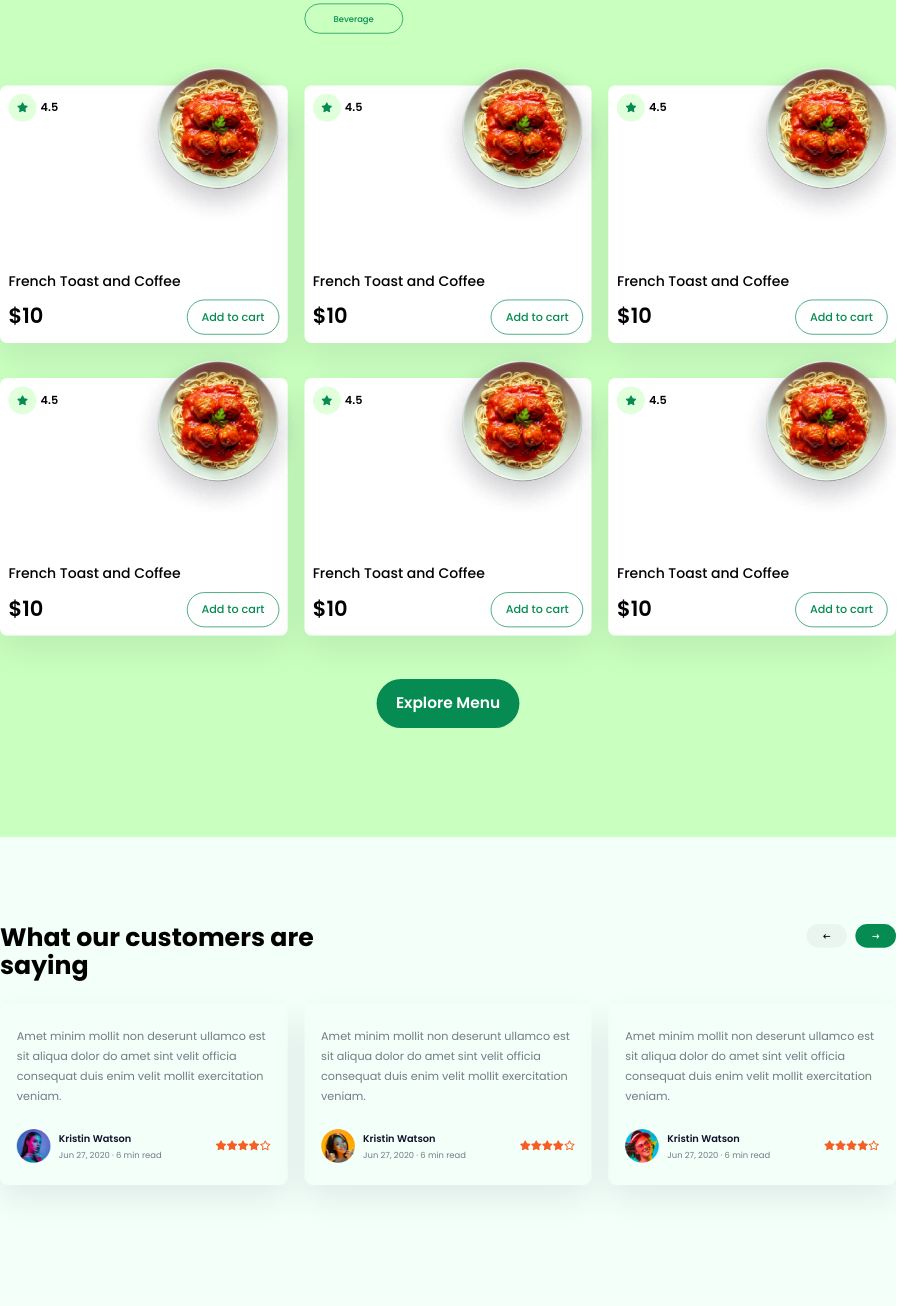
Repository: nguyennam1029/balbal
Page: index.html
These files come from the project's save history. The page is drawn as it stood at one moment and after the next save; the edit follows.
The browser window is 1280 px wide. The page is 1280 px wide, then 1292 px, so the pictures cover 1292 px, including what lies to the right of the window. The pictures show the part of the page from y = 1280 to 3160 px (the page is 3145 px tall before and 3160 px after), at 70% of full size.
Some web libraries are served in a nearby version.

Above is the page before, as saved 2022-07-06 19:05:42.

### index.html
<!DOCTYPE html>
<html lang="en">
  <head>
    <meta charset="UTF-8" />
    <meta http-equiv="X-UA-Compatible" content="IE=edge" />
    <meta name="viewport" content="width=device-width, initial-scale=1.0" />
    <title>Chow</title>
    <link
      rel="stylesheet"
      href="https://cdnjs.cloudflare.com/ajax/libs/font-awesome/6.1.1/css/all.min.css"
      integrity="sha512-KfkfwYDsLkIlwQp6LFnl8zNdLGxu9YAA1QvwINks4PhcElQSvqcyVLLD9aMhXd13uQjoXtEKNosOWaZqXgel0g=="
      crossorigin="anonymous"
      referrerpolicy="no-referrer"
    />
    <link rel="stylesheet" href="css/grid.css" />
    <link rel="stylesheet" href="css/style.css" />
  </head>
  <body>
    <div class="app">
      <div class="grid wide">
        <div class="menu">
          <a href="#" class="menu-left">Chow</a>
          <ul class="menu-center">
            <li class="menu-center-item">
              <a href="#" class="menu-center--link active">Home</a>
            </li>
            <li class="menu-center-item">
              <a href="#" class="menu-center--link">Menu</a>
            </li>
            <li class="menu-center-item">
              <a href="#" class="menu-center--link">About</a>
            </li>
            <li class="menu-center-item">
              <a href="#" class="menu-center--link">Resturants</a>
            </li>
            <li class="menu-center-item">
              <a href="#" class="menu-center--link">Contact</a>
            </li>
          </ul>
          <ul class="menu-right">
            <li class="menu-right-item">
              <a href="#" class="menu-right--link">
                <i class="fa-solid fa-circle-user"></i>
              </a>
            </li>
            <li class="menu-right-item">
              <a href="#" class="menu-right--link active">
                <i class="fa-solid fa-bag-shopping"></i>
                <span class="menu-right--circle"></span>
              </a>
            </li>
          </ul>
        </div>
        <div class="banner">
          <div class="row">
            <div class="col l-6 m-12 c-12">
              <div class="banner-info">
                <h1 class="banner-title">Tasty Meals made for You</h1>
                <span class="banner-des"
                  >Amet minim mollit non deserunt ullamco est sit aliqua dolor
                  do amet sint. Velit officia consequat duis enim velit mollit.
                  Exercitation veniam consequat sunt nostrud amet.</span
                >
                <a href="#" class="banner-btn"> View Menu 🍲 </a>
              </div>
            </div>
            <div class="col l-6 m-12 c-12">
              <div class="banner-img">
                <img src="images/banner1.png" alt="" />
              </div>
            </div>
          </div>
        </div>
        <div class="statistical">
          <div class="row">
            <div class="col l-3 m-6 c-12">
              <div class="statistical-item">
                <h3 class="statistical-item--title">100%</h3>
                <span class="statistical-item--des">User satisfaction</span>
              </div>
            </div>
            <div class="col l-3 m-6 c-12">
              <div class="statistical-item">
                <h3 class="statistical-item--title">150+</h3>
                <span class="statistical-item--des">Resturants</span>
              </div>
            </div>
            <div class="col l-3 m-6 c-12">
              <div class="statistical-item">
                <h3 class="statistical-item--title">24/7</h3>
                <span class="statistical-item--des">Customer support</span>
              </div>
            </div>
            <div class="col l-3 m-6 c-12">
              <div class="statistical-item">
                <h3 class="statistical-item--title">250K</h3>
                <span class="statistical-item--des">Users served</span>
              </div>
            </div>
          </div>
        </div>
      </div>
      <div class="product">
        <div class="grid wide">
          <div class="product-top">
            <div class="row">
              <div class="col l-4 m-12 c-12">
                <h3 class="product-heading">Simple Meals for You</h3>
              </div>
              <!-- <div class="col l-8 m-12 c-12"> -->
              <ul class="tab-list col l-8 m-12 c-12">
                <li class="tab-item active l-2 m-3 c-4">All</li>
                <li class="tab-item l-2 m-3 c-4">Breakfast</li>
                <li class="tab-item l-2 m-3 c-4">Lunch</li>
                <li class="tab-item l-2 m-3 c-4">Dinner</li>
                <li class="tab-item l-2 m-3 c-4">Desert</li>
                <li class="tab-item l-2 m-3 c-4">Beverage</li>
              </ul>
              <!-- </div> -->
            </div>
          </div>
          <div class="product-list">
            <div class="row">
              <div class="col l-4 m-6 c-12">
                <div class="product-item">
                  <img
                    class="product-item--img"
                    src="images/product1.png"
                    alt=""
                  />
                  <div class="product-item--rating">
                    <i class="fa-solid fa-star"></i>
                    <span>4.5</span>
                  </div>
                  <div class="product-item--content">
                    <h4 class="product-item--name">French Toast and Coffee</h4>
                    <div class="product-item--footer">
                      <span class="product-item--price">$10</span>
                      <a href="#" class="product-item--btn">Add to cart</a>
                    </div>
                  </div>
                </div>
              </div>

              <div class="col l-4 m-6 c-12">
                <div class="product-item">
                  <img
                    class="product-item--img"
                    src="images/product1.png"
                    alt=""
                  />
                  <div class="product-item--rating">
                    <i class="fa-solid fa-star"></i>
                    <span>4.5</span>
                  </div>
                  <div class="product-item--content">
                    <h4 class="product-item--name">French Toast and Coffee</h4>
                    <div class="product-item--footer">
                      <span class="product-item--price">$10</span>
                      <a href="#" class="product-item--btn">Add to cart</a>
                    </div>
                  </div>
                </div>
              </div>

              <div class="col l-4 m-6 c-12">
                <div class="product-item">
                  <img
                    class="product-item--img"
                    src="images/product1.png"
                    alt=""
                  />
                  <div class="product-item--rating">
                    <i class="fa-solid fa-star"></i>
                    <span>4.5</span>
                  </div>
                  <div class="product-item--content">
                    <h4 class="product-item--name">French Toast and Coffee</h4>
                    <div class="product-item--footer">
                      <span class="product-item--price">$10</span>
                      <a href="#" class="product-item--btn">Add to cart</a>
                    </div>
                  </div>
                </div>
              </div>

              <div class="col l-4 m-6 c-12">
                <div class="product-item">
                  <img
                    class="product-item--img"
                    src="images/product1.png"
                    alt=""
                  />
                  <div class="product-item--rating">
                    <i class="fa-solid fa-star"></i>
                    <span>4.5</span>
                  </div>
                  <div class="product-item--content">
                    <h4 class="product-item--name">French Toast and Coffee</h4>
                    <div class="product-item--footer">
                      <span class="product-item--price">$10</span>
                      <a href="#" class="product-item--btn">Add to cart</a>
                    </div>
                  </div>
                </div>
              </div>

              <div class="col l-4 m-6 c-12">
                <div class="product-item">
                  <img
                    class="product-item--img"
                    src="images/product1.png"
                    alt=""
                  />
                  <div class="product-item--rating">
                    <i class="fa-solid fa-star"></i>
                    <span>4.5</span>
                  </div>
                  <div class="product-item--content">
                    <h4 class="product-item--name">French Toast and Coffee</h4>
                    <div class="product-item--footer">
                      <span class="product-item--price">$10</span>
                      <a href="#" class="product-item--btn">Add to cart</a>
                    </div>
                  </div>
                </div>
              </div>

              <div class="col l-4 m-6 c-12">
                <div class="product-item">
                  <img
                    class="product-item--img"
                    src="images/product1.png"
                    alt=""
                  />
                  <div class="product-item--rating">
                    <i class="fa-solid fa-star"></i>
                    <span>4.5</span>
                  </div>
                  <div class="product-item--content">
                    <h4 class="product-item--name">French Toast and Coffee</h4>
                    <div class="product-item--footer">
                      <span class="product-item--price">$10</span>
                      <a href="#" class="product-item--btn">Add to cart</a>
                    </div>
                  </div>
                </div>
              </div>
            </div>
            <div class="row">
              <div class="col c-12 product-menu">
                <a href="#" class="product-menu--btn">Explore Menu</a>
              </div>
            </div>
          </div>
        </div>
      </div>

      <!-- ĐÁNH GIÁ CMT  -->
      <div class="comment">
        <div class="grid wide">
          <div class="comment-top">
            <div class="row">
              <div class="col l-5">
                <h3 class="product-heading">What our customers are saying</h3>
              </div>
              <div class="col l-2 l-o-5">
                <div class="comment-btn">

                    <i
                      class="comment-top--icon fa-solid fa-arrow-left-long"
                    ></i>


                    <i
                      class="comment-top--icon active fa-solid fa-arrow-right-long"
                    ></i>
                  </div>
                </div>
            </div>
            <div class="comment-content">
              <div class="row">
                <!-- START-ITEM  -->
                  <div class="col l-4 m-6 c-12">
                    <div class="comment-item">
                      <span class="comment-title">
                        Amet minim mollit non deserunt ullamco est sit aliqua dolor do amet sint velit officia consequat duis enim velit mollit exercitation veniam.
                      </span>
                      <div class="comment-info">
                        <div class="info-left">
                          <img src="images/cmt1.png" alt="">
                          <div class="info-left--des">
                            <h4 class="info-left--name">Kristin Watson</h4>
                            <span class="info-left--time">Jun 27, 2020 · 6 min read</span>
                          </div>
                        </div>

                          <ul class="info-right--rating">
                            <li class="info-right--icon"><i class="fa-solid fa-star"></i></li>
                            <li class="info-right--icon"><i class="fa-solid fa-star"></i></li>
                            <li class="info-right--icon"><i class="fa-solid fa-star"></i></li>
                            <li class="info-right--icon"><i class="fa-solid fa-star"></i></li>
                            <li class="info-right--icon">
                              <i class="fa-regular fa-star"></i>
                            </li>
                          </ul>

                      </div>
                    </div>
                  </div>
                <!-- END-ITEM  -->

                <!-- START-ITEM  -->
                  <div class="col l-4 m-6 c-12">
                    <div class="comment-item">
                      <span class="comment-title">
                        Amet minim mollit non deserunt ullamco est sit aliqua dolor do amet sint velit officia consequat duis enim velit mollit exercitation veniam.
                      </span>
                      <div class="comment-info">
                        <div class="info-left">
                          <img src="images/cmt2.png" alt="">
                          <div class="info-left--des">
                            <h4 class="info-left--name">Kristin Watson</h4>
                            <span class="info-left--time">Jun 27, 2020 · 6 min read</span>
                          </div>
                        </div>

                          <ul class="info-right--rating">
                            <li class="info-right--icon"><i class="fa-solid fa-star"></i></li>
                            <li class="info-right--icon"><i class="fa-solid fa-star"></i></li>
                            <li class="info-right--icon"><i class="fa-solid fa-star"></i></li>
                            <li class="info-right--icon"><i class="fa-solid fa-star"></i></li>
                            <li class="info-right--icon">
                              <i class="fa-regular fa-star"></i>
                            </li>
                          </ul>

                      </div>
                    </div>
                  </div>
                <!-- END-ITEM  -->

                <!-- START-ITEM  -->
                  <div class="col l-4 m-6 c-12">
                    <div class="comment-item">
                      <span class="comment-title">
                        Amet minim mollit non deserunt ullamco est sit aliqua dolor do amet sint velit officia consequat duis enim velit mollit exercitation veniam.
                      </span>
                      <div class="comment-info">
                        <div class="info-left">
                          <img src="images/cmt3.png" alt="">
                          <div class="info-left--des">
                            <h4 class="info-left--name">Kristin Watson</h4>
                            <span class="info-left--time">Jun 27, 2020 · 6 min read</span>
                          </div>
                        </div>

                          <ul class="info-right--rating">
                            <li class="info-right--icon"><i class="fa-solid fa-star"></i></li>
                            <li class="info-right--icon"><i class="fa-solid fa-star"></i></li>
                            <li class="info-right--icon"><i class="fa-solid fa-star"></i></li>
                            <li class="info-right--icon"><i class="fa-solid fa-star"></i></li>
                            <li class="info-right--icon">
                              <i class="fa-regular fa-star"></i>
                            </li>
                          </ul>

                      </div>
                    </div>
                  </div>
                <!-- END-ITEM  -->
              </div>
            </div>
            </div>
          </div>
        </div>
      </div>
      <!-- END ĐÁNH GIÁ CMT  -->

      <!-- TRANSPORT VẬN CHUYỂN  -->
      <div class="transport">
        <div class="grid wide">

        </div>
      </div>
      <!-- END TRANSPORT VẬN CHUYỂN  -->
    </div>
  </body>
</html>

Loaded but not shown: css/style.css (489 lines, source omitted); css/grid.css (592 lines, source omitted)

After the next save:
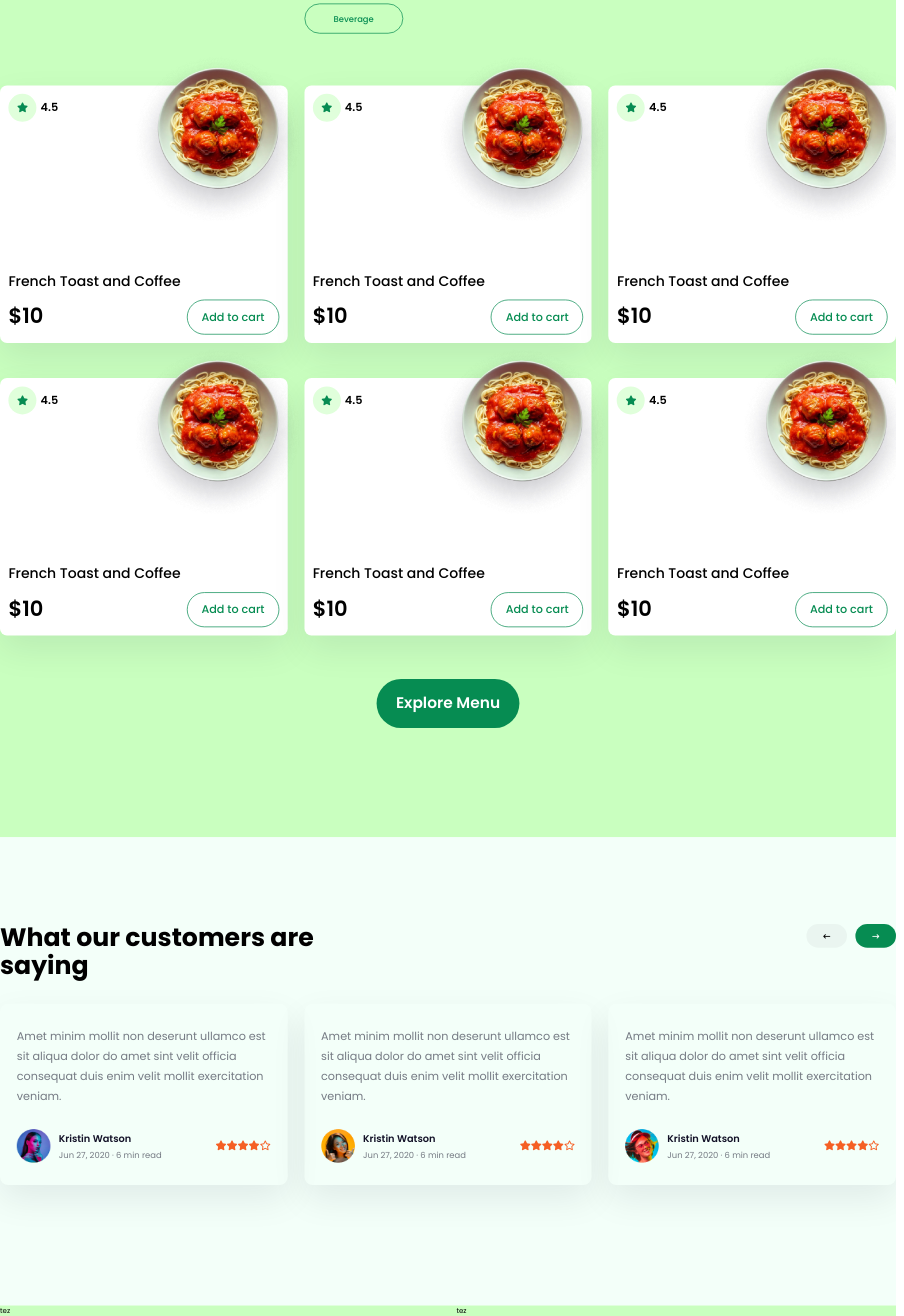
Saved 2 min 19 s later.
--- a/index.html
+++ b/index.html
@@ -380,7 +380,10 @@
       <!-- TRANSPORT VẬN CHUYỂN  -->
       <div class="transport">
         <div class="grid wide">
-
+          <div class="row">
+            <div class="col l-4">tez</div>
+            <div class="col l-4 l-o-2">tez</div>
+          </div>
         </div>
       </div>
       <!-- END TRANSPORT VẬN CHUYỂN  -->
